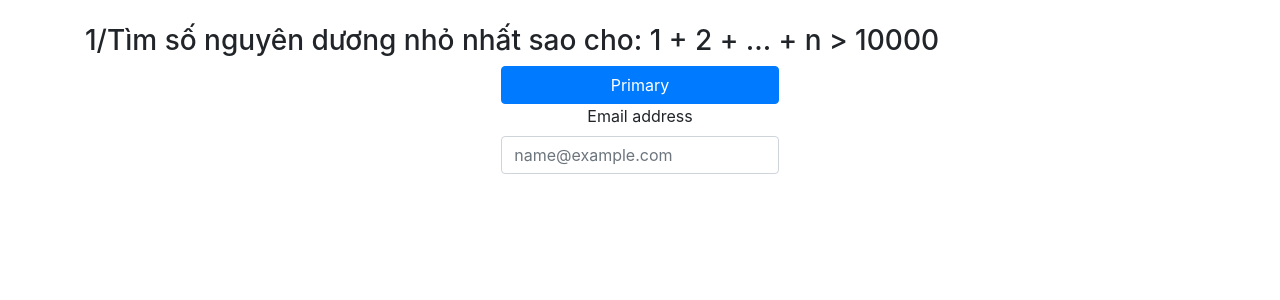
Repository: baobaodeveloper/bootcamp21__loop__HuynhAnhBao
Page: index.html
These files come from the project's save history. The page is drawn as it stood at one moment and after the next save; the edit follows.
The browser window is 1280 px wide. The pictures show the whole page.

Above is the page before, as saved 2022-03-16 22:57:45.

After the next save:
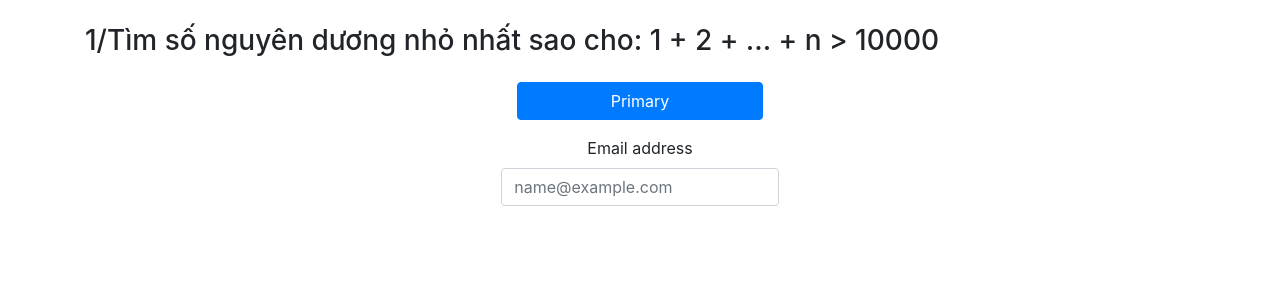
Saved 10 s later.
--- a/index.html
+++ b/index.html
@@ -23,7 +23,7 @@
     <div class="container mt-4">
       <h3>1/Tìm số nguyên dương nhỏ nhất sao cho: 1 + 2 + … + n > 10000</h3>
       <div class="mb-3 flex-md-column d-flex w-25 m-auto text-center">
-        <button type="button" class="btn btn-primary">Primary</button>
+        <button type="button" class="btn btn-primary m-3">Primary</button>
         <label for="exampleFormControlInput1" class="form-label"
           >Email address</label
         >
